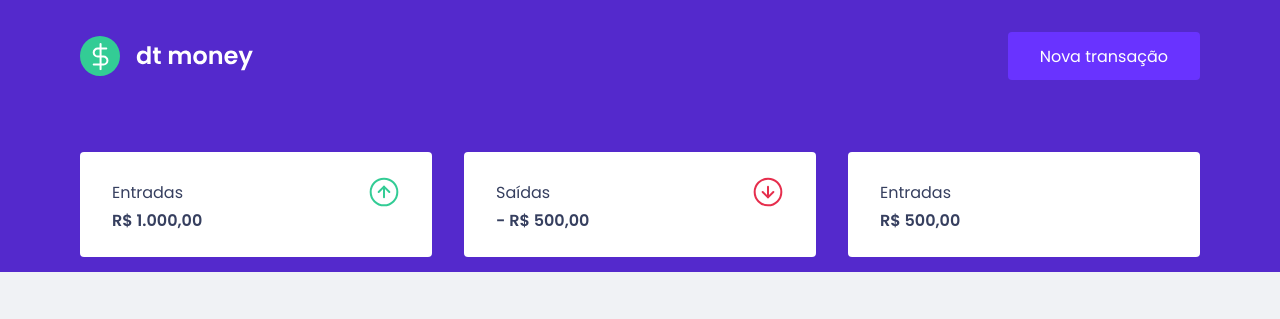
Repository: lucaslopesdevv/dtmoney
Page: /
These files come from the project's save history. The page is drawn as it stood at one moment and after the next save; the edit follows.
The browser window is 1280 px wide. The pictures show the whole page.
The project was rebuilt for these pictures with package versions that can differ from the ones it lists, and the page was loaded fresh each time.

Above is the page before, as saved 2021-12-06 21:17:09.

### public/index.html
<!DOCTYPE html>
<html lang="en">
  <head>
    <link rel="preconnect" href="https://fonts.googleapis.com">
    <link rel="preconnect" href="https://fonts.gstatic.com" crossorigin>
    <meta charset="utf-8" />
    <meta name="viewport" content="width=device-width, initial-scale=1" />

<Link rel="shortcut icon" href="favicon.png" type="image/png"/>

    <title>Dtmoney</title>
    <link href="https://fonts.googleapis.com/css2?family=Poppins:wght@400;600&family=Roboto:wght@400;700&display=swap" rel="stylesheet">


  </head>
  <body>
    <noscript>You need to enable JavaScript to run this app.</noscript>
    <div id="root"></div>
  </body>
</html>

### src/App.tsx

import { Dashboard } from "./components/Header/Dashboard";
import { Header } from "./components/Header/index";
import { GlobalStyle } from "./styles/global";

export function App() {
  return (
    <>
      <Header />
      <Dashboard />
      <GlobalStyle />
    </>
  );
}

### src/components/Header/Dashboard/index.tsx
import { Summary } from '../../Summary';

import { Container } from './styles';


export function Dashboard() {
    return (
        <Container>
            <Summary />
        </Container>
    );
}

### src/components/Header/index.tsx
import logoImg from '../../assets/logo.svg';
import { Container, Content } from './styles';

export function Header() {
    return (
        <Container>
            <Content>
                <img src={logoImg} alt="dt money" />
                <button type="button">
                    Nova transação
                </button>
            </Content>
        </Container>
    )
}

### src/styles/global.ts
import { createGlobalStyle } from 'styled-components';

export const GlobalStyle = createGlobalStyle`
:root {
    --background: #F0F2F5;
    --red: #e52e4d;
    --blue: #5429cc;
    --blue-light: #6933ff;

    --text-title: #363f5f;
    --text-body: #969cb3;

    --shape: #ffffff;
}
    *{
        margin: 0;
        padding: 0;
        box-sizing: boder-box;
    }

/*font-size: 16px (Desktop)*/

html {
    @media (max-width: 1080px){
        font-size: 93.75%; /*15px*/
    }

    @media (max-width: 720px){
        font-size: 87.5%; /*14px*/
    }
}

    body {
        background-color: var(--background);
        -webkit-font-smoothing: antialiased;
    }

    body, input, textarea, button {
        font-family: 'Poppins', sans-serif;
        font-weight: 400;
    }

    h1, h2, h3, h4, h5, h6, strong{
        font-weight: 600;
    }

    button{
        cursor: pointer;
    }

    [disabled] {
        opacity: 0.6;
        cursor: not-allowed;
    }


`

### src/components/Summary/index.tsx
import incomeImg from '../../assets/income.svg';
import outcomeImg from '../../assets/outcome.svg';
import totalImg from '../../assets/total.svg';

import { Container } from './styles';

export function Summary() {
    return (
        <Container>
            <div>
                <header>
                    <p>Entradas</p>
                    <img src={incomeImg} alt="Entradas" />
                </header>
                <strong>R$ 1.000,00</strong>
            </div>

            <div>
                <header>
                    <p>Saídas</p>
                    <img src={outcomeImg} alt="Saídas" />
                </header>
                <strong>- R$ 500,00</strong>
            </div>

            <div>
                <header>
                    <p>Entradas</p>
                    <img src={totalImg} alt="Total" />
                </header>
                <strong>R$ 500,00</strong>
            </div>
        </Container>
    )
}

### src/components/Header/Dashboard/styles.ts
import styled from "styled-components";

export const Container = styled.main`

    max-width: 1120px;
    margin: 0 auto;
    padding: 2.5rem 1rem;
`;

### src/components/Header/styles.ts
import styled from 'styled-components';

export const Container = styled.header`
background: var(--blue);

`;

export const Content = styled.div`
    max-width: 1120px;
    margin: 0 auto;

    padding: 2rem 1rem 12rem;
    display: flex;
    align-items: center;
    justify-content: space-between;

button{
    font-size: 1rem;
    color: #FFF;
    background: var(--blue-light);
    border: 0;
    padding: 0 2rem;
    border-radius: 0.25rem;
    height: 3rem;

    transition: filter 0.2s;

    &:hover{
        filter: brightness(0.9);
    }
}
`;

### src/components/Summary/styles.ts
import styled from "styled-components";

export const Container = styled.div`
    display: grid;
    grid-template-columns: repeat(3, 1fr);
    gap: 2rem;
    margin-top: -10rem;

    div {
        background: var(--shape);
        padding: 1.5rem 2rem;
        border-radius: 0.25rem;
        color: var(--text-title);
    }

    header{
        display: flex;
        align-items: center;
        justify-content: space-between;
    }
`;

Loaded but not shown: src/index.tsx (common file)

After the next save:
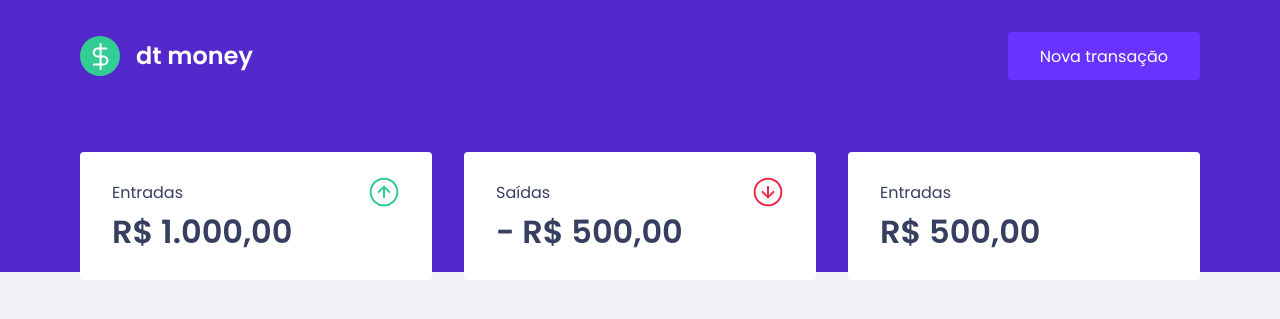
Saved 27 s later.
--- a/src/components/Summary/styles.ts
+++ b/src/components/Summary/styles.ts
@@ -18,4 +18,10 @@ export const Container = styled.div`
         align-items: center;
         justify-content: space-between;
     }
+
+    strong {
+        margin-top: 1rem;
+        font-size: 2rem;
+        font-weight: nmormal;
+    }
 `;
